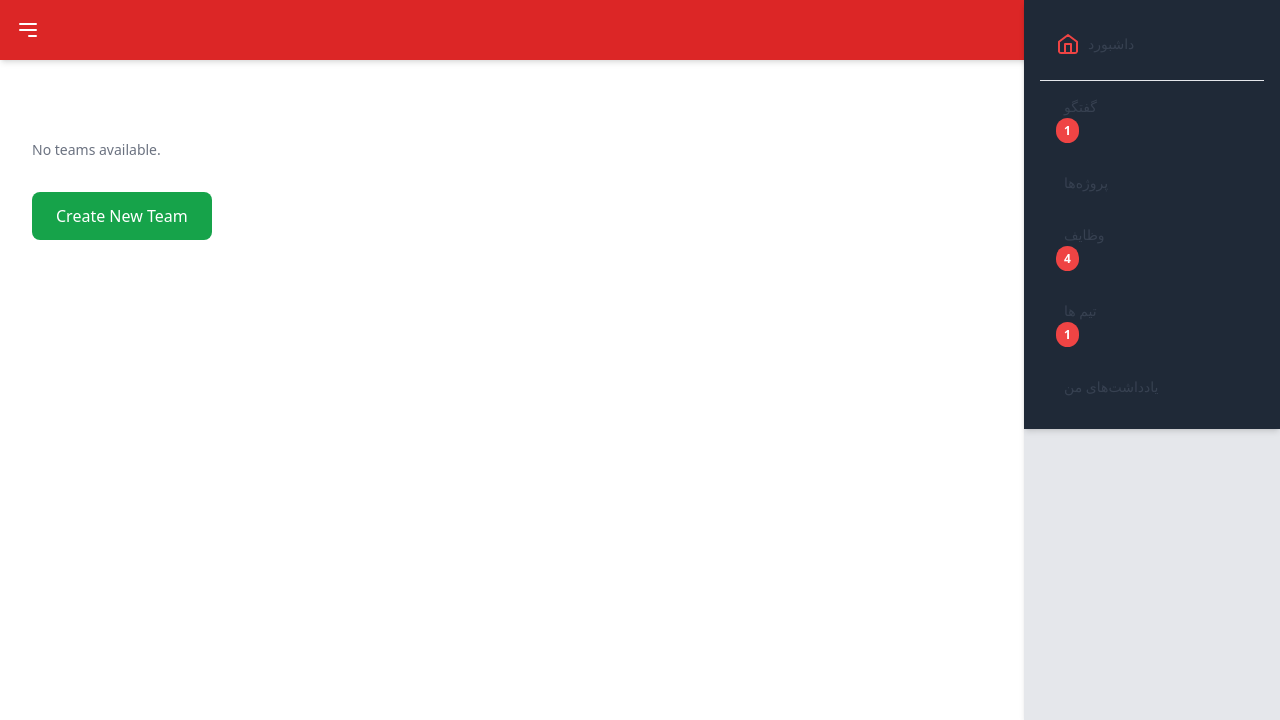
Repository: spnovaa/work-hive
Page: /teams (app in front_end/)
The author's editor kept a copy of each file at every save. The page is drawn from the files as they stood at one save, then again after the next save.
The browser window is 1280 px wide. The pictures show the whole page.
The page's requests for data from a server got no answer. The project was rebuilt for these pictures with package versions that can differ from the ones it lists, and the page was loaded fresh each time. No one was signed in, and anything a server would have sent is missing. Also part of the build but not shown: front_end/src/api/auth.js, front_end/src/components/loadingSpinner.jsx, front_end/src/pages/login.jsx, front_end/src/pages/registration.jsx, front_end/src/components/profile/profileSettingsModal.jsx, front_end/src/components/profile/dropdown.jsx, front_end/src/components/profile/profileSection.jsx, front_end/src/pages/home.jsx and 10 more.

Above is the page before, as saved 2025-01-18 13:28:49.

After the next save:
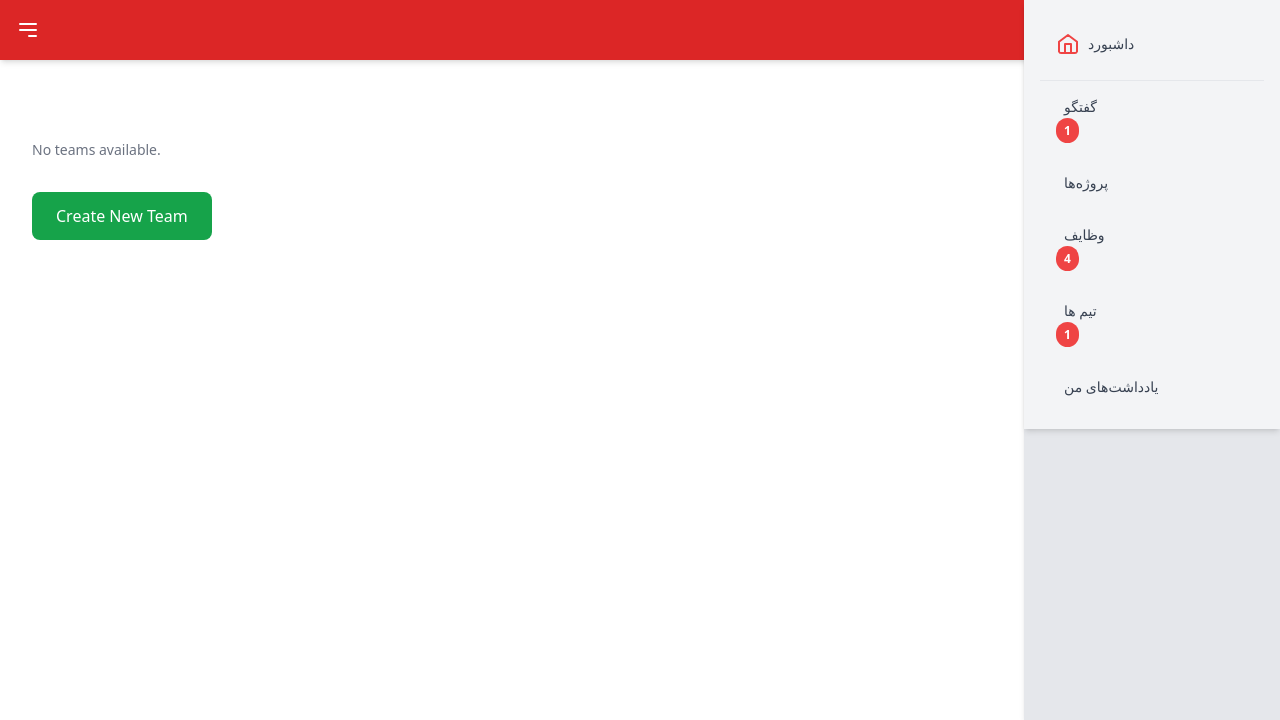
Saved 3 min 29 s later.
--- a/front_end/src/components/dashboardSidebar.jsx
+++ b/front_end/src/components/dashboardSidebar.jsx
@@ -28,7 +28,7 @@ function DashboardSidebar() {
     };
 
     return (
-        <div className="w-64 bg-gray-800 text-white shadow-md p-4"> {/* Changed bg-gray-200 to bg-gray-800 */}
+        <div className="w-64 bg-gray-100 text-white shadow-md p-4">
             <SidebarItem
                 icon={
                     <svg
